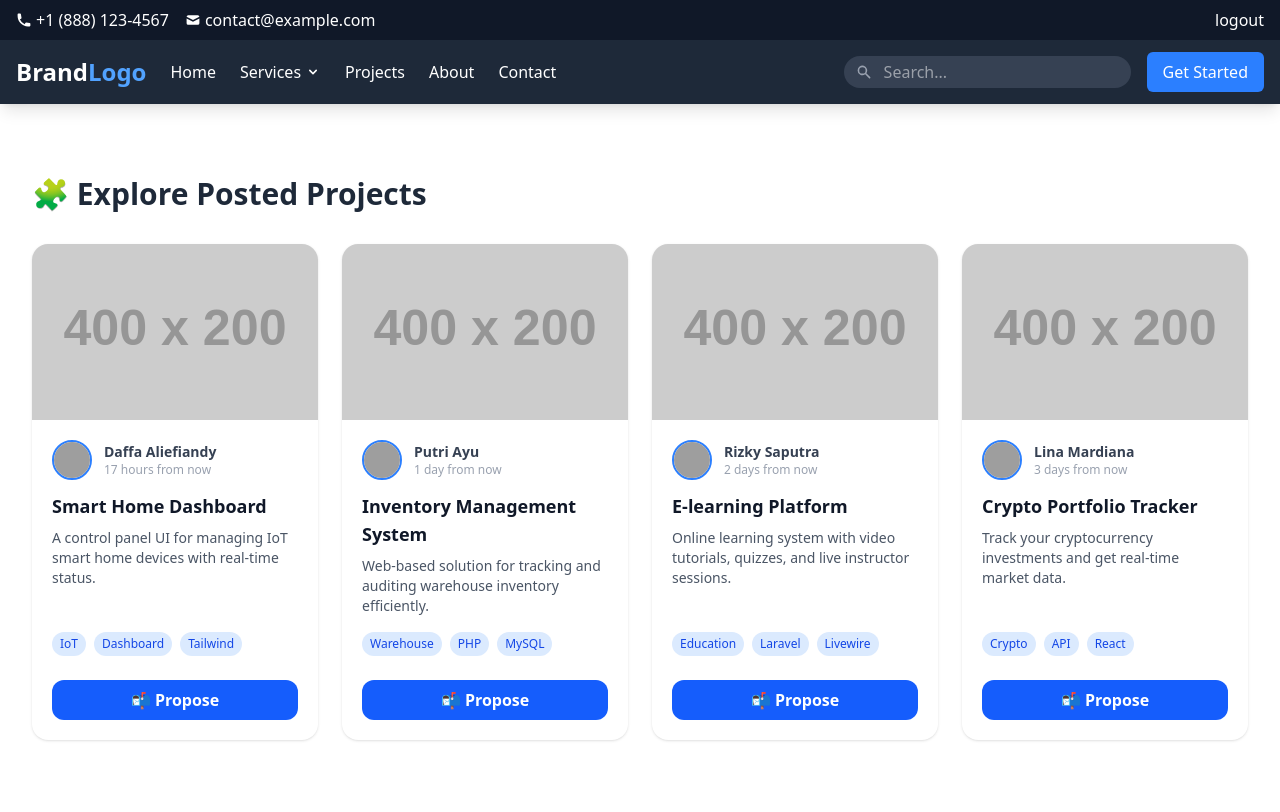
Repository: daffa-alif/kobar
Page: http://localhost/dashboard
The author's editor kept a copy of each file at every save. The page is drawn from the files as they stood at one save, then again after the next save.
The browser window is 1280 px wide. The pictures show the whole page.
Pictures or frames that could not be fetched are drawn as grey boxes. The page is served by the project's Laravel application, run on PHP 8.4 with Laravel 12. A made-up administrator, Test User (test@example.com), is signed in. Other server files are loaded and not shown.

Above is the page before, as saved 2025-04-05 00:21:33.

### routes/web.php
<?php

use Illuminate\Support\Facades\Route;
use App\Http\Controllers\AuthController;


Route::get('/register', [AuthController::class, 'showRegisterForm'])->name('register');
Route::post('/register', [AuthController::class, 'register']);

Route::get('/login', [AuthController::class, 'showLoginForm'])->name('login');
Route::post('/login', [AuthController::class, 'login']);

Route::middleware('auth')->group(function () {
    Route::get('/dashboard', function () {
        return view('dashboard');
    })->name('dashboard');

    Route::post('/logout', [AuthController::class, 'logout'])->name('logout');
});

Route::get('/logout', [AuthController::class, 'logout'])->name('logout');

Route::get('/', function () {
    return view('welcome');
});

### app/Models/User.php
<?php

namespace App\Models;

use Illuminate\Database\Eloquent\Factories\HasFactory;
use Illuminate\Foundation\Auth\User as Authenticatable;
use Illuminate\Notifications\Notifiable;
use Illuminate\Database\Eloquent\Concerns\HasUuids;

class User extends Authenticatable
{
    use HasFactory, Notifiable, HasUuids;

    protected $keyType = 'string'; // Pastikan primary key adalah string
    public $incrementing = false; // Nonaktifkan auto-increment ID

    protected $fillable = [
        'name', 'profile_picture', 'email', 'password',
    ];

    protected $hidden = [
        'password', 'remember_token',
    ];

    protected $casts = [
        'email_verified_at' => 'datetime',
    ];
}

### resources/views/dashboard.blade.php
@extends('layouts.app')

@section('content')
<div class="max-w-7xl mx-auto px-4 py-10">
    <h1 class="text-3xl font-bold text-gray-800 mb-8">🧩 Explore Posted Projects</h1>

    @php
        $projects = [
            [
                'title' => 'Smart Home Dashboard',
                'description' => 'A control panel UI for managing IoT smart home devices with real-time status.',
                'posted_by' => 'Daffa Aliefiandy',
                'posted_at' => '2025-04-01 14:32',
                'avatar' => 'https://i.pravatar.cc/100?img=3',
                'tags' => ['IoT', 'Dashboard', 'Tailwind']
            ],
            [
                'title' => 'Inventory Management System',
                'description' => 'Web-based solution for tracking and auditing warehouse inventory efficiently.',
                'posted_by' => 'Putri Ayu',
                'posted_at' => '2025-04-02 09:12',
                'avatar' => 'https://i.pravatar.cc/100?img=5',
                'tags' => ['Warehouse', 'PHP', 'MySQL']
            ],
            [
                'title' => 'E-learning Platform',
                'description' => 'Online learning system with video tutorials, quizzes, and live instructor sessions.',
                'posted_by' => 'Rizky Saputra',
                'posted_at' => '2025-04-03 18:05',
                'avatar' => 'https://i.pravatar.cc/100?img=7',
                'tags' => ['Education', 'Laravel', 'Livewire']
            ],
            [
                'title' => 'Crypto Portfolio Tracker',
                'description' => 'Track your cryptocurrency investments and get real-time market data.',
                'posted_by' => 'Lina Mardiana',
                'posted_at' => '2025-04-04 10:22',
                'avatar' => 'https://i.pravatar.cc/100?img=12',
                'tags' => ['Crypto', 'API', 'React']
            ],
        ];
    @endphp

    <div class="grid grid-cols-1 sm:grid-cols-2 lg:grid-cols-3 xl:grid-cols-4 gap-6">
        @foreach ($projects as $project)
            <div class="bg-white rounded-2xl shadow hover:shadow-xl transition duration-300 flex flex-col">
                <img src="https://via.placeholder.com/400x200?text=Project+Image"
                     alt="Project Image"
                     class="rounded-t-2xl w-full h-44 object-cover">

                <div class="p-5 flex flex-col flex-1">
                    <div class="flex items-center gap-3 mb-3">
                        <img src="{{ $project['avatar'] }}" alt="Avatar"
                             class="w-10 h-10 rounded-full border-2 border-blue-500">
                        <div>
                            <p class="text-sm text-gray-700 font-semibold">{{ $project['posted_by'] }}</p>
                            <p class="text-xs text-gray-400">{{ \Carbon\Carbon::parse($project['posted_at'])->diffForHumans() }}</p>
                        </div>
                    </div>

                    <h2 class="text-lg font-bold text-gray-900 mb-2">{{ $project['title'] }}</h2>
                    <p class="text-sm text-gray-600 flex-1">{{ $project['description'] }}</p>

                    <div class="mt-4 flex flex-wrap gap-2">
                        @foreach ($project['tags'] as $tag)
                            <span class="text-xs bg-blue-100 text-blue-700 px-2 py-1 rounded-full font-medium">{{ $tag }}</span>
                        @endforeach
                    </div>

                    <div class="mt-6">
                        <button class="w-full bg-blue-600 hover:bg-blue-700 text-white font-semibold py-2 px-4 rounded-xl transition duration-300">
                            📬 Propose
                        </button>
                    </div>
                </div>
            </div>
        @endforeach
    </div>
</div>
@endsection

### resources/views/layouts/app.blade.php
<!DOCTYPE html>
<html lang="en">
<head>
  <meta charset="UTF-8">
  <meta name="viewport" content="width=device-width, initial-scale=1.0">
  <title>Complex Navbar with TailwindCSS</title>
  <script src="https://cdn.jsdelivr.net/npm/@tailwindcss/browser@4"></script>
  <style>
    .nav-dropdown {
      max-height: 0;
      overflow: hidden;
      transition: max-height 0.5s ease-in-out;
    }

    .nav-dropdown.open {
      max-height: 500px;
    }
  </style>
</head>
<body>
  <header class="bg-gray-800 text-white shadow-lg">
    <!-- Top bar with contact info -->
    <div class="hidden md:flex justify-between items-center px-4 py-2 bg-gray-900">
      <div class="flex items-center space-x-4">
        <span class="flex items-center">
          <svg class="h-4 w-4 mr-1" fill="currentColor" viewBox="0 0 20 20">
            <path d="M2 3a1 1 0 011-1h2.153a1 1 0 01.986.836l.74 4.435a1 1 0 01-.54 1.06l-1.548.773a11.037 11.037 0 006.105 6.105l.774-1.548a1 1 0 011.059-.54l4.435.74a1 1 0 01.836.986V17a1 1 0 01-1 1h-2C7.82 18 2 12.18 2 5V3z"></path>
          </svg>
          <span>+1 (888) 123-4567</span>
        </span>
        <span class="flex items-center">
          <svg class="h-4 w-4 mr-1" fill="currentColor" viewBox="0 0 20 20">
            <path d="M2.003 5.884L10 9.882l7.997-3.998A2 2 0 0016 4H4a2 2 0 00-1.997 1.884z"></path>
            <path d="M18 8.118l-8 4-8-4V14a2 2 0 002 2h12a2 2 0 002-2V8.118z"></path>
          </svg>
          <span>contact@example.com</span>
        </span>
      </div>
      <div class="flex space-x-4">
       <form action="{{route ('logout') }}">
        @csrf
        <button class="hover:text-red-400 transition duration-300">
            logout
        </button>
       </form>
      </div>
    </div>

    <!-- Main navbar - will be sticky -->
    <nav id="main-nav" class="sticky top-0 bg-gray-800 px-4 py-3 flex justify-between items-center">
      <div class="flex items-center">
        <a href="#" class="text-2xl font-bold text-white mr-6">
          Brand<span class="text-blue-400">Logo</span>
        </a>
        <div class="hidden md:flex space-x-6">
          <a href="#" class="text-white hover:text-blue-400 transition duration-300">Home</a>
          <div class="relative group">
            <button class="text-white hover:text-blue-400 flex items-center transition duration-300">
              Services
              <svg class="h-4 w-4 ml-1" fill="currentColor" viewBox="0 0 20 20">
                <path fill-rule="evenodd" d="M5.293 7.293a1 1 0 011.414 0L10 10.586l3.293-3.293a1 1 0 111.414 1.414l-4 4a1 1 0 01-1.414 0l-4-4a1 1 0 010-1.414z" clip-rule="evenodd"></path>
              </svg>
            </button>
            <div class="absolute left-0 mt-2 w-48 bg-white rounded-md shadow-lg opacity-0 invisible group-hover:opacity-100 group-hover:visible transition duration-300">
              <div class="py-1">
                <a href="#" class="block px-4 py-2 text-sm text-gray-700 hover:bg-gray-100">Web Development</a>
                <a href="#" class="block px-4 py-2 text-sm text-gray-700 hover:bg-gray-100">UI/UX Design</a>
                <a href="#" class="block px-4 py-2 text-sm text-gray-700 hover:bg-gray-100">App Development</a>
                <a href="#" class="block px-4 py-2 text-sm text-gray-700 hover:bg-gray-100">Digital Marketing</a>
              </div>
            </div>
          </div>
          <a href="#" class="text-white hover:text-blue-400 transition duration-300">Projects</a>
          <a href="#" class="text-white hover:text-blue-400 transition duration-300">About</a>
          <a href="#" class="text-white hover:text-blue-400 transition duration-300">Contact</a>
        </div>
      </div>

      <div class="flex items-center">
        <div class="hidden md:flex items-center">
          <div class="relative mr-4">
            <input type="text" placeholder="Search..." class="bg-gray-700 text-white rounded-full pl-10 pr-4 py-1 focus:outline-none focus:ring-2 focus:ring-blue-400">
            <div class="absolute left-3 top-1/2 transform -translate-y-1/2">
              <svg class="h-4 w-4 text-gray-400" fill="currentColor" viewBox="0 0 20 20">
                <path fill-rule="evenodd" d="M8 4a4 4 0 100 8 4 4 0 000-8zM2 8a6 6 0 1110.89 3.476l4.817 4.817a1 1 0 01-1.414 1.414l-4.816-4.816A6 6 0 012 8z" clip-rule="evenodd"></path>
              </svg>
            </div>
          </div>
          <a href="#" class="bg-blue-500 hover:bg-blue-600 text-white px-4 py-2 rounded-md transition duration-300">Get Started</a>
        </div>

        <!-- Mobile menu button -->
        <button id="mobile-menu-button" class="md:hidden text-gray-200 hover:text-white focus:outline-none">
          <svg class="h-6 w-6" fill="none" stroke="currentColor" viewBox="0 0 24 24">
            <path id="menu-icon" class="block" stroke-linecap="round" stroke-linejoin="round" stroke-width="2" d="M4 6h16M4 12h16M4 18h16"></path>
            <path id="close-icon" class="hidden" stroke-linecap="round" stroke-linejoin="round" stroke-width="2" d="M6 18L18 6M6 6l12 12"></path>
          </svg>
        </button>
      </div>
    </nav>

    <!-- Mobile menu dropdown -->
    <div id="mobile-menu" class="nav-dropdown md:hidden bg-gray-800 shadow-lg">
      <div class="px-4 py-3 space-y-4">
        <a href="#" class="block text-white font-medium">Home</a>

        <div>
          <button id="mobile-services-button" class="flex items-center justify-between w-full text-white font-medium">
            Services
            <svg id="services-icon" class="h-4 w-4 transform transition duration-300" fill="currentColor" viewBox="0 0 20 20">
              <path fill-rule="evenodd" d="M5.293 7.293a1 1 0 011.414 0L10 10.586l3.293-3.293a1 1 0 111.414 1.414l-4 4a1 1 0 01-1.414 0l-4-4a1 1 0 010-1.414z" clip-rule="evenodd"></path>
            </svg>
          </button>
          <div id="mobile-services-dropdown" class="nav-dropdown pl-4 space-y-2 mt-2">
            <a href="#" class="block text-gray-300 hover:text-white">Web Development</a>
            <a href="#" class="block text-gray-300 hover:text-white">UI/UX Design</a>
            <a href="#" class="block text-gray-300 hover:text-white">App Development</a>
            <a href="#" class="block text-gray-300 hover:text-white">Digital Marketing</a>
          </div>
        </div>

        <a href="#" class="block text-white font-medium">Projects</a>
        <a href="#" class="block text-white font-medium">About</a>
        <a href="#" class="block text-white font-medium">Contact</a>
        <form action="{{ route('logout') }}">
            @csrf
            <button class="hover:text-red-400">
                logout
            </button>
        </form>

        <div class="pt-4">
          <div class="relative mb-4">
            <input type="text" placeholder="Search..." class="w-full bg-gray-700 text-white rounded-full pl-10 pr-4 py-2 focus:outline-none focus:ring-2 focus:ring-blue-400">
            <div class="absolute left-3 top-1/2 transform -translate-y-1/2">
              <svg class="h-4 w-4 text-gray-400" fill="currentColor" viewBox="0 0 20 20">
                <path fill-rule="evenodd" d="M8 4a4 4 0 100 8 4 4 0 000-8zM2 8a6 6 0 1110.89 3.476l4.817 4.817a1 1 0 01-1.414 1.414l-4.816-4.816A6 6 0 012 8z" clip-rule="evenodd"></path>
              </svg>
            </div>
          </div>
          <a href="#" class="block text-center bg-blue-500 hover:bg-blue-600 text-white px-4 py-2 rounded-md transition duration-300">Get Started</a>
        </div>
      </div>
    </div>
  </header>

  <!-- Page content for demonstration -->
  <div class="container mx-auto px-4 py-8">
   @yield('content')
  </div>

  <script>
    // Mobile menu toggle
    const mobileMenuButton = document.getElementById('mobile-menu-button');
    const mobileMenu = document.getElementById('mobile-menu');
    const menuIcon = document.getElementById('menu-icon');
    const closeIcon = document.getElementById('close-icon');

    mobileMenuButton.addEventListener('click', () => {
      mobileMenu.classList.toggle('open');
      menuIcon.classList.toggle('hidden');
      closeIcon.classList.toggle('hidden');
    });

    // Mobile services dropdown
    const mobileServicesButton = document.getElementById('mobile-services-button');
    const mobileServicesDropdown = document.getElementById('mobile-services-dropdown');
    const servicesIcon = document.getElementById('services-icon');

    mobileServicesButton.addEventListener('click', () => {
      mobileServicesDropdown.classList.toggle('open');
      servicesIcon.classList.toggle('rotate-180');
    });
  </script>
</body>
</html>

After the next save:
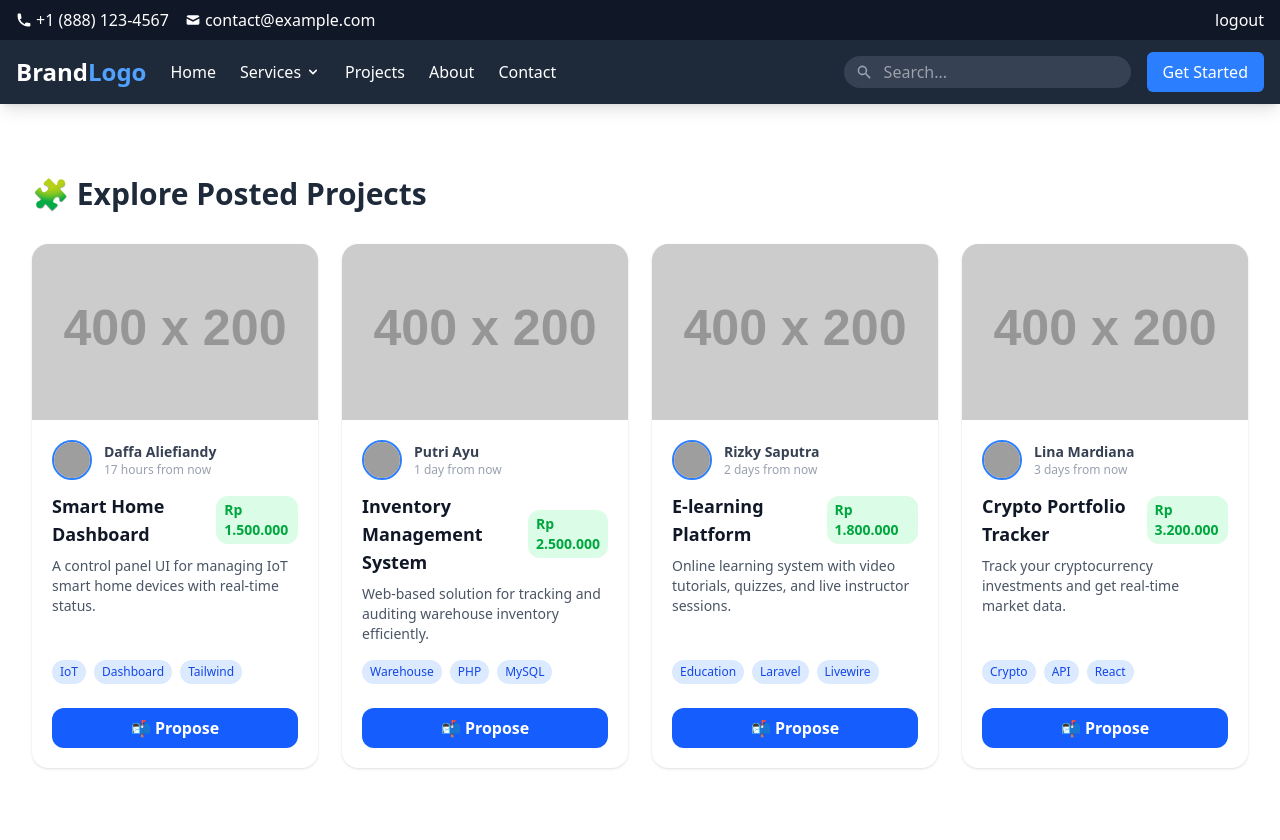
Saved 90 s later.
--- a/resources/views/dashboard.blade.php
+++ b/resources/views/dashboard.blade.php
@@ -12,7 +12,8 @@
                 'posted_by' => 'Daffa Aliefiandy',
                 'posted_at' => '2025-04-01 14:32',
                 'avatar' => 'https://i.pravatar.cc/100?img=3',
-                'tags' => ['IoT', 'Dashboard', 'Tailwind']
+                'tags' => ['IoT', 'Dashboard', 'Tailwind'],
+                'price' => 1500000
             ],
             [
                 'title' => 'Inventory Management System',
@@ -20,7 +21,8 @@
                 'posted_by' => 'Putri Ayu',
                 'posted_at' => '2025-04-02 09:12',
                 'avatar' => 'https://i.pravatar.cc/100?img=5',
-                'tags' => ['Warehouse', 'PHP', 'MySQL']
+                'tags' => ['Warehouse', 'PHP', 'MySQL'],
+                'price' => 2500000
             ],
             [
                 'title' => 'E-learning Platform',
@@ -28,7 +30,8 @@
                 'posted_by' => 'Rizky Saputra',
                 'posted_at' => '2025-04-03 18:05',
                 'avatar' => 'https://i.pravatar.cc/100?img=7',
-                'tags' => ['Education', 'Laravel', 'Livewire']
+                'tags' => ['Education', 'Laravel', 'Livewire'],
+                'price' => 1800000
             ],
             [
                 'title' => 'Crypto Portfolio Tracker',
@@ -36,7 +39,8 @@
                 'posted_by' => 'Lina Mardiana',
                 'posted_at' => '2025-04-04 10:22',
                 'avatar' => 'https://i.pravatar.cc/100?img=12',
-                'tags' => ['Crypto', 'API', 'React']
+                'tags' => ['Crypto', 'API', 'React'],
+                'price' => 3200000
             ],
         ];
     @endphp
@@ -58,7 +62,13 @@
                         </div>
                     </div>
 
-                    <h2 class="text-lg font-bold text-gray-900 mb-2">{{ $project['title'] }}</h2>
+                    <div class="flex justify-between items-center mb-2">
+                        <h2 class="text-lg font-bold text-gray-900">{{ $project['title'] }}</h2>
+                        <span class="text-sm text-green-600 font-semibold bg-green-100 px-2 py-1 rounded-xl">
+                            Rp {{ number_format($project['price'], 0, ',', '.') }}
+                        </span>
+                    </div>
+
                     <p class="text-sm text-gray-600 flex-1">{{ $project['description'] }}</p>
 
                     <div class="mt-4 flex flex-wrap gap-2">
